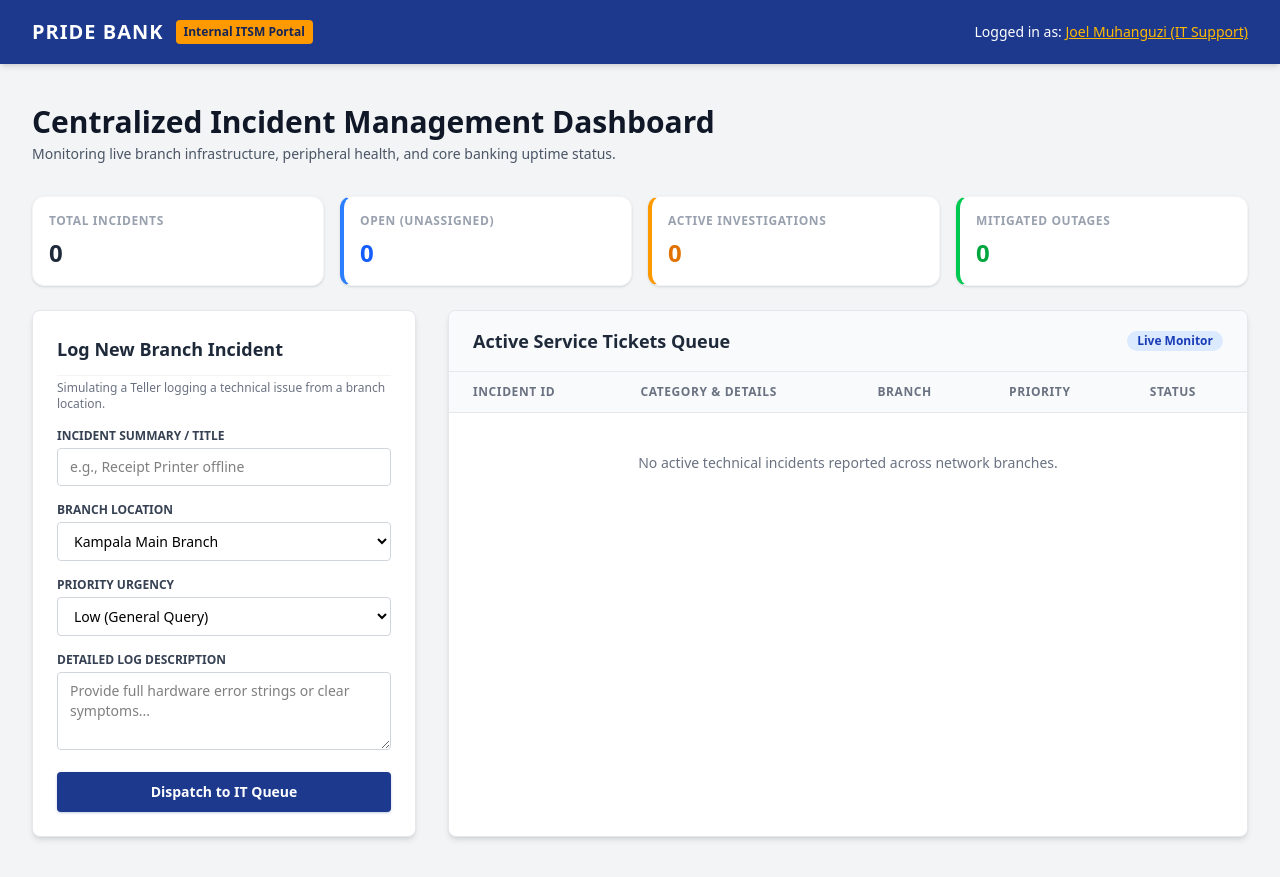
Repository: JOELAGABA/Ticket-reporting-system-for-bank-IT-support-environment-
Page: http://localhost/dashboard
An editor plug-in stored every save of this project. The page is shown before and after a run of saves, followed by the edit.
The browser window is 1280 px wide. The pictures show the whole page.
The page is served by the project's Laravel application, run on PHP 8.4 with Laravel 12. Other server files are loaded and not shown. Queries for data that is not in the repository find no rows.

Above is the page before, as saved 2026-07-13 10:27:29.

### routes/web.php
<?php

use Illuminate\Support\Facades\Route;
use App\Http\Controllers\TicketController;

Route::get('/', function () {
    return view('welcome');
});

// The main IT dashboard view route
Route::get('/dashboard', [TicketController::class, 'index'])->name('dashboard');
// Route for submitting a new IT incident ticket
Route::post('/tickets', [TicketController::class, 'store'])->name('tickets.store');
// Route for updating an incident's operational status inline
Route::patch('/tickets/{ticket}/status', [TicketController::class, 'updateStatus'])->name('tickets.updateStatus');

### app/Http/Controllers/TicketController.php
<?php

namespace App\Http\Controllers;

use App\Models\Ticket;
use App\Models\User;
use Illuminate\Http\Request;

class TicketController extends Controller
{
    /**
     * Display the IT Support Dashboard.
     */
    /**
     * Display the IT Support Dashboard with real-time metrics counters.
     */
    public function index()
    {
        // 1. Fetch all tickets
        $tickets = Ticket::with(['creator', 'assignee'])->orderBy('priority', 'desc')->get();

        // 2. Compute dynamic operational metrics
        $metrics = [
            'total'       => $tickets->count(),
            'open'        => $tickets->where('status', 'Open')->count(),
            'in_progress' => $tickets->where('status', 'In Progress')->count(),
            'resolved'    => $tickets->where('status', 'Resolved')->count(),
        ];

        return view('dashboard', compact('tickets', 'metrics'));
    }

    /**
     * Store a newly created incident ticket in the database.
     */
    public function store(Request $request)
    {
        // 1. Validate the incoming form data
        $validated = $request->validate([
            'title' => 'required|string|max:255',
            'description' => 'required|string',
            'branch_location' => 'required|string|max:255',
            'priority' => 'required|in:Low,Medium,High,Critical',
        ]);

        // 2. Mock the currently logged-in creator for the prototype.
        // We will default this to Sarah (the Teller user we seeded) to simulate a branch reporting it.
        $teller = User::where('role', 'Teller')->first();

        // 3. Create the ticket record
        Ticket::create([
            'title' => $validated['title'],
            'description' => $validated['description'],
            'branch_location' => $validated['branch_location'],
            'priority' => $validated['priority'],
            'status' => 'Open',
            'category' => 'Hardware Outage',
            'user_id' => $teller ? $teller->id : 1,
            'assigned_to' => null,
        ]);

        // 4. Redirect back to the dashboard with a success banner notice
        return redirect()->route('dashboard')->with('success', 'Incident ticket logged successfully into central systems!');
    }

    /**
     * Update the operational status of an existing incident ticket inline.
     */
    public function updateStatus(Request $request, Ticket $ticket)
    {
        // 1. Validate that the incoming status is one of our allowed lifecycle steps
        $validated = $request->validate([
            'status' => 'required|in:Open,In Progress,Resolved',
        ]);

        // 2. If the ticket is being worked on or resolved, assign it to the IT technician.
        // We will default this to the IT Support user for simulation purposes.
        if ($validated['status'] !== 'Open' && !$ticket->assigned_to) {
            $itStaff = User::where('role', 'IT Support')->first();
            $ticket->assigned_to = $itStaff ? $itStaff->id : null;
        } elseif ($validated['status'] === 'Open') {
            // If flipped back to open, clear the assignee
            $ticket->assigned_to = null;
        }

        // 3. Save the status change
        $ticket->update([
            'status' => $validated['status']
        ]);

        // 4. Redirect back to monitor view with a notification
        return redirect()->route('dashboard')->with('success', "Ticket #INC-" . str_pad($ticket->id, 4, '0', STR_PAD_LEFT) . " lifecycle status modified!");
    }
}

### app/Models/ticket.php
<?php

namespace App\Models;

use Illuminate\Database\Eloquent\Factories\HasFactory;
use Illuminate\Database\Eloquent\Model;
use Illuminate\Database\Eloquent\Relations\BelongsTo;
use Illuminate\Database\Eloquent\Relations\HasMany;

class Ticket extends Model
{
    use HasFactory;

    protected $fillable = [
        'title', 'description', 'category', 'priority', 'status', 'branch_location', 'user_id', 'assigned_to'
    ];

    // The Teller who created the ticket
    public function creator(): BelongsTo
    {
        return $this->belongsTo(User::class, 'user_id');
    }

    // The IT Support Staff assigned to it
    public function assignee(): BelongsTo
    {
        return $this->belongsTo(User::class, 'assigned_to');
    }

    // The comments attached to this ticket
    public function comments(): HasMany
    {
        return $this->hasMany(TicketComment::class);
    }
}

### resources/views/dashboard.blade.php
<!DOCTYPE html>
<html lang="en">
<head>
    <meta charset="UTF-8">
    <meta name="viewport" content="width=device-width, initial-scale=1.0">
    <title>Pride Bank - Internal IT Support Portal</title>
    <script src="https://cdn.jsdelivr.net/npm/@tailwindcss/browser@4"></script>
</head>
<body class="bg-gray-100 font-sans antialiased">

    <!-- Top Navigation Bar -->
    <nav class="bg-blue-900 text-white shadow-md">
        <div class="max-w-7xl mx-auto px-4 sm:px-6 lg:px-8">
            <div class="flex items-center justify-between h-16">
                <div class="flex items-center">
                    <span class="text-xl font-bold tracking-wider">PRIDE BANK</span>
                    <span class="ml-3 px-2 py-1 text-xs bg-amber-500 text-blue-950 font-semibold rounded">Internal ITSM Portal</span>
                </div>
                <div class="text-sm font-medium">
                    Logged in as: <span class="underline text-amber-400">Joel Muhanguzi (IT Support)</span>
                </div>
            </div>
        </div>
    </nav>

    <!-- Main Content Layout -->
    <main class="max-w-7xl mx-auto py-10 px-4 sm:px-6 lg:px-8">

        <!-- Welcome Header -->
        <div class="mb-8">
            <h1 class="text-3xl font-bold text-gray-900">Centralized Incident Management Dashboard</h1>
            <p class="text-sm text-gray-600 mt-1">Monitoring live branch infrastructure, peripheral health, and core banking uptime status.</p>
        </div>

        <!-- System Success Alerts -->
        @if(session('success'))
            <div class="mb-6 p-4 bg-green-100 border-l-4 border-green-500 text-green-700 rounded shadow-sm text-sm font-medium">
                {{ session('success') }}
            </div>
        @endif

        <!-- Real-Time Infrastructure Health Metrics Grid -->
<div class="grid grid-cols-1 md:grid-cols-4 gap-4 mb-6">
    <!-- Total Tickets -->
    <div class="bg-white p-4 rounded-xl border border-gray-100 shadow-sm flex flex-col justify-between">
        <span class="text-xs font-semibold text-gray-400 uppercase tracking-wider">Total Incidents</span>
        <span class="text-2xl font-bold text-gray-800 mt-2">{{ $metrics['total'] }}</span>
    </div>

    <!-- Open Tickets -->
    <div class="bg-white p-4 rounded-xl border border-l-4 border-l-blue-500 border-gray-100 shadow-sm flex flex-col justify-between">
        <span class="text-xs font-semibold text-gray-400 uppercase tracking-wider">Open (Unassigned)</span>
        <span class="text-2xl font-bold text-blue-600 mt-2">{{ $metrics['open'] }}</span>
    </div>

    <!-- In Progress Tickets -->
    <div class="bg-white p-4 rounded-xl border border-l-4 border-l-amber-500 border-gray-100 shadow-sm flex flex-col justify-between">
        <span class="text-xs font-semibold text-gray-400 uppercase tracking-wider">Active Investigations</span>
        <span class="text-2xl font-bold text-amber-600 mt-2">{{ $metrics['in_progress'] }}</span>
    </div>

    <!-- Resolved Tickets -->
    <div class="bg-white p-4 rounded-xl border border-l-4 border-l-green-500 border-gray-100 shadow-sm flex flex-col justify-between">
        <span class="text-xs font-semibold text-gray-400 uppercase tracking-wider">Mitigated Outages</span>
        <span class="text-2xl font-bold text-green-600 mt-2">{{ $metrics['resolved'] }}</span>
    </div>
</div>

        <!-- Grid Layout for Form & Live Monitor -->
        <div class="grid grid-cols-1 lg:grid-cols-3 gap-8">

            <!-- Left Side: Incident Reporting Form Card -->
            <div class="bg-white shadow-md rounded-lg border border-gray-200 p-6 h-fit">
                <h2 class="text-lg font-bold text-gray-800 mb-1 border-b border-gray-100 pb-3">Log New Branch Incident</h2>
                <p class="text-xs text-gray-500 mb-4">Simulating a Teller logging a technical issue from a branch location.</p>

                <form action="{{ route('tickets.store') }}" method="POST" class="space-y-4">
                    @csrf
                    <div>
                        <label class="block text-xs font-semibold text-gray-700 uppercase mb-1">Incident Summary / Title</label>
                        <input type="text" name="title" placeholder="e.g., Receipt Printer offline" required
                            class="w-full text-sm border border-gray-300 rounded px-3 py-2 focus:outline-none focus:border-blue-500">
                    </div>

                    <div>
                        <label class="block text-xs font-semibold text-gray-700 uppercase mb-1">Branch Location</label>
                        <select name="branch_location" required class="w-full text-sm border border-gray-300 rounded px-3 py-2 focus:outline-none focus:border-blue-500">
                            <option value="Kampala Main Branch">Kampala Main Branch</option>
                            <option value="Jinja Branch">Jinja Branch</option>
                            <option value="Entebbe Branch">Entebbe Branch</option>
                            <option value="Mbarara Branch">Mbarara Branch</option>
                        </select>
                    </div>

                    <div>
                        <label class="block text-xs font-semibold text-gray-700 uppercase mb-1">Priority Urgency</label>
                        <select name="priority" required class="w-full text-sm border border-gray-300 rounded px-3 py-2 focus:outline-none focus:border-blue-500">
                            <option value="Low">Low (General Query)</option>
                            <option value="Medium">Medium (Operational Flaw)</option>
                            <option value="High">High (Hardware Outage)</option>
                            <option value="Critical">Critical (Core System Down)</option>
                        </select>
                    </div>

                    <div>
                        <label class="block text-xs font-semibold text-gray-700 uppercase mb-1">Detailed Log Description</label>
                        <textarea name="description" rows="3" placeholder="Provide full hardware error strings or clear symptoms..." required
                            class="w-full text-sm border border-gray-300 rounded px-3 py-2 focus:outline-none focus:border-blue-500"></textarea>
                    </div>

                    <button type="submit" class="w-full bg-blue-900 text-white hover:bg-blue-800 font-semibold text-sm py-2.5 px-4 rounded transition-colors shadow shadow-blue-900/20">
                        Dispatch to IT Queue
                    </button>
                </form>
            </div>

            <!-- Right Side: Active Service Tickets Monitor Table -->
            <div class="lg:grid-cols-1 lg:col-span-2 bg-white shadow-md rounded-lg overflow-hidden border border-gray-200">
                <div class="bg-gray-50 px-6 py-4 border-b border-gray-200 flex justify-between items-center">
                    <h2 class="text-lg font-semibold text-gray-800">Active Service Tickets Queue</h2>
                    <span class="px-2.5 py-0.5 text-xs font-semibold bg-blue-100 text-blue-800 rounded-full">Live Monitor</span>
                </div>

                <div class="overflow-x-auto">
                    <table class="min-w-full divide-y divide-gray-200">
                        <thead class="bg-gray-50 text-left text-xs font-medium text-gray-500 uppercase tracking-wider">
                            <tr>
                                <th class="px-6 py-3">Incident ID</th>
                                <th class="px-6 py-3">Category & Details</th>
                                <th class="px-6 py-3">Branch</th>
                                <th class="px-6 py-3">Priority</th>
                                <th class="px-6 py-3">Status</th>
                            </tr>
                        </thead>
                        <tbody class="bg-white divide-y divide-gray-200 text-sm">
                            @forelse($tickets as $ticket)
                                <tr class="hover:bg-gray-50 transition-colors">
                                    <td class="px-6 py-4 whitespace-nowrap font-mono text-gray-600 font-bold">
                                        #INC-{{ str_pad($ticket->id, 4, '0', STR_PAD_LEFT) }}
                                    </td>
                                    <td class="px-6 py-4">
                                        <div class="font-semibold text-gray-900">{{ $ticket->title }}</div>
                                        <div class="text-gray-500 text-xs mt-0.5">{{ $ticket->description }}</div>
                                        <div class="text-xs text-gray-400 mt-1">Reported by: {{ $ticket->creator->name ?? 'System' }} ({{ $ticket->creator->role ?? 'User' }})</div>
                                    </td>
                                    <td class="px-6 py-4 whitespace-nowrap text-gray-700 text-xs">
                                        {{ $ticket->branch_location }}
                                    </td>
                                    <td class="px-6 py-4 whitespace-nowrap">
                                        @if($ticket->priority === 'Critical')
                                            <span class="px-2 py-0.5 text-[10px] font-bold rounded bg-red-100 text-red-800 animate-pulse border border-red-200">CRITICAL</span>
                                        @elseif($ticket->priority === 'High')
                                            <span class="px-2 py-0.5 text-[10px] font-semibold rounded bg-orange-100 text-orange-800">HIGH</span>
                                        @elseif($ticket->priority === 'Medium')
                                            <span class="px-2 py-0.5 text-[10px] font-semibold rounded bg-yellow-100 text-yellow-800">MEDIUM</span>
                                        @else
                                            <span class="px-2 py-0.5 text-[10px] font-semibold rounded bg-green-100 text-green-800">LOW</span>
                                        @endif
                                    </td>
                                    <td class="px-6 py-4 whitespace-nowrap">
                                        <form action="{{ route('tickets.updateStatus', $ticket->id) }}" method="POST" class="inline-block">
                                            @csrf
                                            @method('PATCH')
                                            <select name="status" onchange="this.form.submit()"
                                                class="text-xs font-semibold rounded-full px-2.5 py-1 focus:outline-none border border-transparent cursor-pointer
                                                @if($ticket->status === 'Open') bg-blue-100 text-blue-700 border-blue-200
                                                @elseif($ticket->status === 'In Progress') bg-amber-100 text-amber-700 border-amber-200
                                                @else bg-green-100 text-green-700 border-green-200 @endif">
                                                <option value="Open" {{ $ticket->status === 'Open' ? 'selected' : '' }}>Open</option>
                                                <option value="In Progress" {{ $ticket->status === 'In Progress' ? 'selected' : '' }}>In Progress</option>
                                                <option value="Resolved" {{ $ticket->status === 'Resolved' ? 'selected' : '' }}>Resolved</option>
</select>
</form>
                                    </td>
                                </tr>
                            @empty
                                <tr>
                                    <td colspan="5" class="px-6 py-10 text-center text-gray-500">
                                        No active technical incidents reported across network branches.
                                    </td>
                                </tr>
                            @endforelse
                        </tbody>
                    </table>
                </div>
            </div>

        </div>
    </main>

</body>
</html>

Loaded but not shown: app/Http/Controllers/Controller.php (common file)

After the next 2 saves:
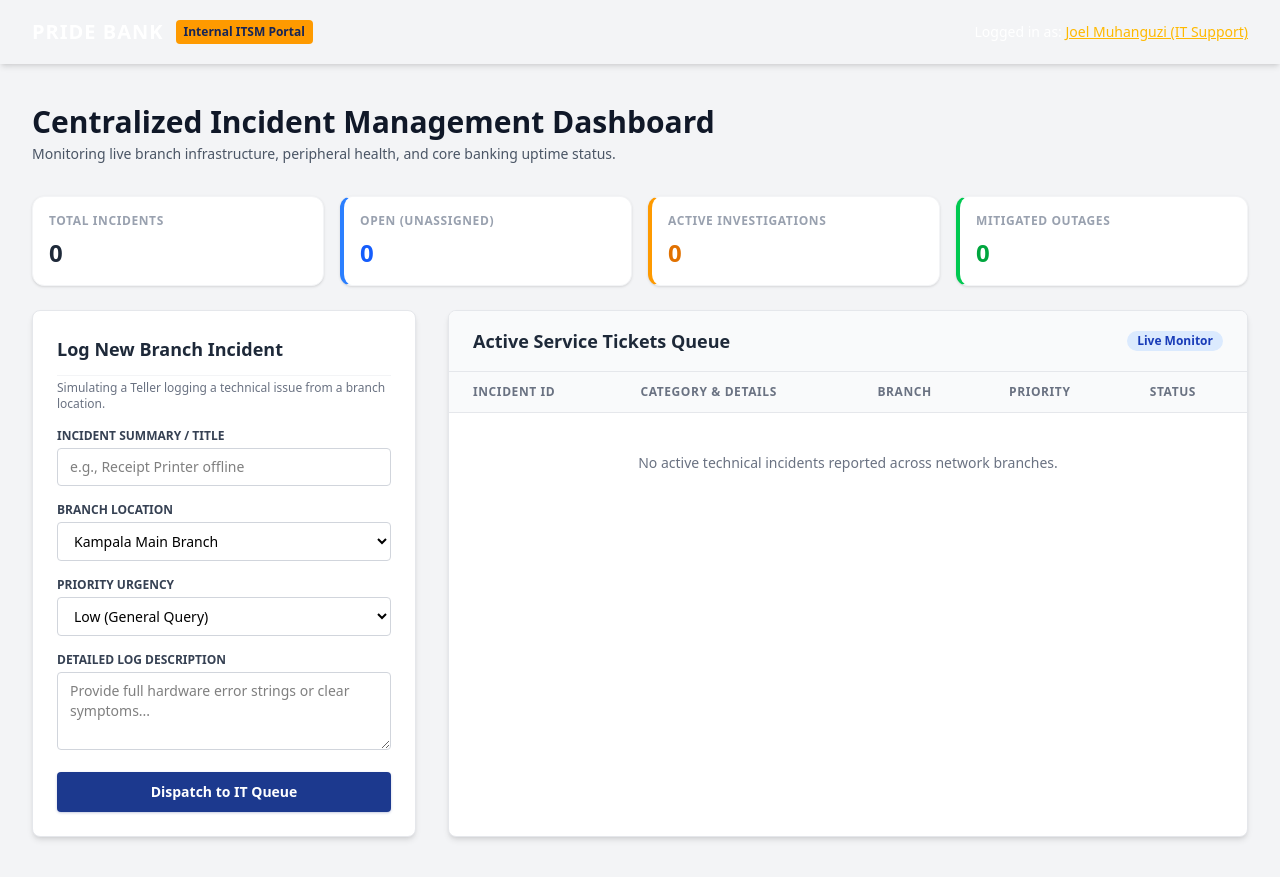
The 2 saves are shown as one change because they came seconds apart.
The last was saved 52 s later.
--- a/resources/views/dashboard.blade.php
+++ b/resources/views/dashboard.blade.php
@@ -9,7 +9,7 @@
 <body class="bg-gray-100 font-sans antialiased">
 
     <!-- Top Navigation Bar -->
-    <nav class="bg-blue-900 text-white shadow-md">
+    <nav class="bg-emrald-900 text-white shadow-md">
         <div class="max-w-7xl mx-auto px-4 sm:px-6 lg:px-8">
             <div class="flex items-center justify-between h-16">
                 <div class="flex items-center">
